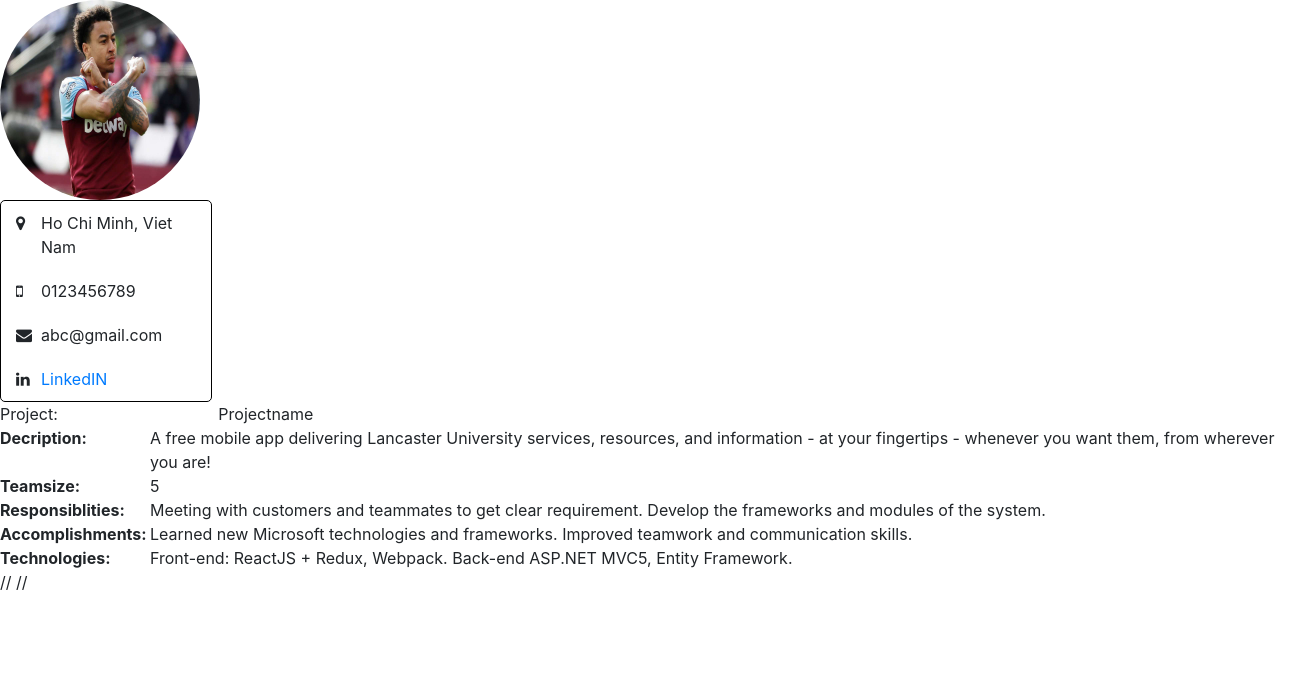
Repository: khoibanh113/mycv
Page: /
The author's editor kept a copy of each file at every save. The page is drawn from the files as they stood at one save, then again after the next save.
The browser window is 1280 px wide. The page is 1295 px wide, then 1280 px, so the pictures cover 1295 px, including what lies to the right of the window. The pictures show the whole page.
The project was rebuilt for these pictures with package versions that can differ from the ones it lists, and the page was loaded fresh each time. Also part of the build but not shown: src/component/study.js.

Above is the page before, as saved 2021-03-31 14:55:27.

### src/App.js
import React,{Component} from 'react'
import Avatar from './component/avatar'
import AvaImg from './image/avatar.jpg'
import Contact from './component/contact'
import Study from './component/study'
import Experience from './component/experience'
class App extends Component {
  render(){
    return (
      <div className="App">
        <Avatar img={AvaImg} />
        <Contact
          name='Nguyen Vo Hoang Khoi'
          location='Ho Chi Minh, Viet Nam'
          phone='0123456789'
          email='abc@gmail.com'
          linkedin='LinkedIN'
        />
        <Experience />


      </div>
    );
  }
}

export default App;

### src/component/avatar.js
import React from 'react'
import '../css/avatar.css'

class avatar extends React.Component {
    constructor(props){
        super(props);
        this.image = props.img;
    }

  render(){
    return (
        <div className="avaContainer">
          <img src={this.image} alt="this is your avatar" />
        </div>
    );
  }
}

export default avatar;

### src/component/contact.js
import  {Component} from 'react'
import '../../node_modules/font-awesome/css/font-awesome.min.css';
import 'bootstrap/dist/css/bootstrap.min.css';
import '../css/contact.css'

class contact extends Component{
    constructor(props){
        super(props);
        this.location = props.location;
        this.phone = props.phone;
        this.email = props.email;
        this.linkedin = props.linkedin;
    }



    render(){
        return(
            <div className="container-contact">

                <div class="row row-contact">
                        <div className="col-1 icon-contact">
                            <li className="fa fa-map-marker"></li>
                        </div>
                        <div className="col detail-contact">
                            <span>{this.location}</span>
                        </div>
                </div>
                <div class="row row-contact">
                    <div className="col-1 icon-contact">
                        <li className="fa fa-mobile" ></li>
                    </div>
                    <div className="col detail-contact">
                        <span>{this.phone}</span>
                    </div>
                </div>
                <div className="row row-contact">
                    <div className="col-1 icon-contact">
                        <li className="fa fa-envelope"></li>
                    </div>
                    <div class="col  detail-contact">
                        <span>{this.email}</span>
                    </div>
                </div>
                <div className="row row-contact">
                    <div className="col-1 icon-contact">
                        <li className="fa fa-linkedin"></li>
                    </div>
                    <div className="col  detail-contact">
                        <a href={this.linkedin} >{this.linkedin}</a>
                    </div>
                </div>

            </div>

        )
    }
}

export default contact;

### src/component/experience.js
import {Component} from 'react'
import 'bootstrap/dist/css/bootstrap.min.css';
import '../css/experience.css'
class experience extends Component{


    render(){
        return(
            //     <div className="container-contact">

            //     <div class="row row-contact">
            //             <div className="col-1 icon-contact">
            //                 <li className="fa fa-map-marker"></li>
            //             </div>
            //             <div className="col detail-contact">
            //                 <span>{this.location}</span>
            //             </div>
            //     </div>
            //     <div class="row row-contact">
            //         <div className="col-1 icon-contact">
            //             <li className="fa fa-mobile" ></li>
            //         </div>
            //         <div className="col detail-contact">
            //             <span>{this.phone}</span>
            //         </div>
            //     </div>
            //     <div className="row row-contact">
            //         <div className="col-1 icon-contact">
            //             <li className="fa fa-envelope"></li>
            //         </div>
            //         <div class="col  detail-contact">
            //             <span>{this.email}</span>
            //         </div>
            //     </div>
            //     <div className="row row-contact">
            //         <div className="col-1 icon-contact">
            //             <li className="fa fa-linkedin"></li>
            //         </div>
            //         <div className="col  detail-contact">
            //             <a href={this.linkedin} >{this.linkedin}</a>
            //         </div>
            //     </div>

            // </div>




            <div >



                <div className="row row-experience">
                    <div className="col-2">Project:</div>
                    <div className="col">Projectname</div>
                    <div className="detail-content">

                    </div>

                </div>
                <div className='container-experience'>
                    <div className="row row-experience">
                        <div className="col-2 col-item"><b>Decription:</b></div>
                        <div className="col detail-content">
                            <span>
                            A free mobile app delivering Lancaster University services, resources, and information - at your fingertips - whenever you want them, from wherever you are!
                            </span>
                        </div>


                    </div>
                    <div className="row row-experience">
                        <b className="col-2 col-item">Teamsize:</b>
                        <span className="col">5</span>
                    </div>
                    <div className="row row-experience">
                        <b className="col-2 col-item">Responsiblities:</b>
                        <span className="col">Meeting with customers and teammates to get clear requirement. Develop the frameworks and modules of the system.</span>
                    </div>
                    <div className="row row-experience">
                        <b className="col-2 col-item">Accomplishments:</b>
                        <span className="col">Learned new Microsoft technologies and frameworks. Improved teamwork and communication skills.</span>
                    </div>
                    <div className="row row-experience">
                        <b className="col-2 col-item">Technologies:</b>
                        <span className="col">Front-end: ReactJS + Redux, Webpack. Back-end ASP.NET MVC5, Entity Framework.</span>
                    </div>
                </div>


            //     {/* <li className='row row-experience'>
            //         <b className="col">Project:</b>
            //         <span className="col">Projectname</span>
            //     </li>
            //     <li className='row row-experience'>
            //         <b className="col">Decription:</b>
            //         <span className="col">
            //         A free mobile app delivering Lancaster University services, resources, and information - at your fingertips - whenever you want them, from wherever you are!
            //         </span>
            //     </li>
            //     <li className='row row-experience'>
            //         <b className="col">Teamsize:</b>
            //         <span className="col">5</span>
            //     </li>
            //     <li className='row row-experience'>
            //         <b className="col">Responsiblities:</b>
            //         <span className="col">Meeting with customers and teammates to get clear requirement. Develop the frameworks and modules of the system.</span>
            //     </li>
            //     <li className='row row-experience'>
            //         <b className="col">Accomplishments:</b>
            //         <span className="col">Learned new Microsoft technologies and frameworks. Improved teamwork and communication skills.</span>
            //     </li>
            //     <li className='row row-experience'>
            //         <b className="col">Technologies:</b>
            //         <span className="col">Front-end: ReactJS + Redux, Webpack. Back-end ASP.NET MVC5, Entity Framework.</span>
            //     </li> */}


            // </div>
        )
    }
}

export default experience;

### src/css/avatar.css

.avaContainer img {
    height: 100%;
    width: 100%;
    border-radius: 100px;
}
.avaContainer{
    height: 200px;
    width: 200px;

}

.nameContainer{
    text-align: center;
}

### src/css/contact.css
.row-contact{
    padding: 10px 0px 10px 30px;
}
.detail-contact{
    width: 200px;
}
.icon-contact{
    padding: 0px 0px;
    max-width: 10px;

}
.container-contact{
    max-width: fit-content;
    /* width: fit-content; */
    border: 1px solid black;
    border-radius: 5px;
}

### src/css/experience.css
/* .container-experience{
    max-width: fit-content;
    border: 1px solid black;
    border-radius: 5px;
}
.row-experience{
    margin: 10px;
} */
.col-item{
    max-width: 150px;
}

Loaded but not shown: public/index.html (common file); src/index.js (common file); src/index.css (common file); src/reportWebVitals.js (common file)

After the next save:
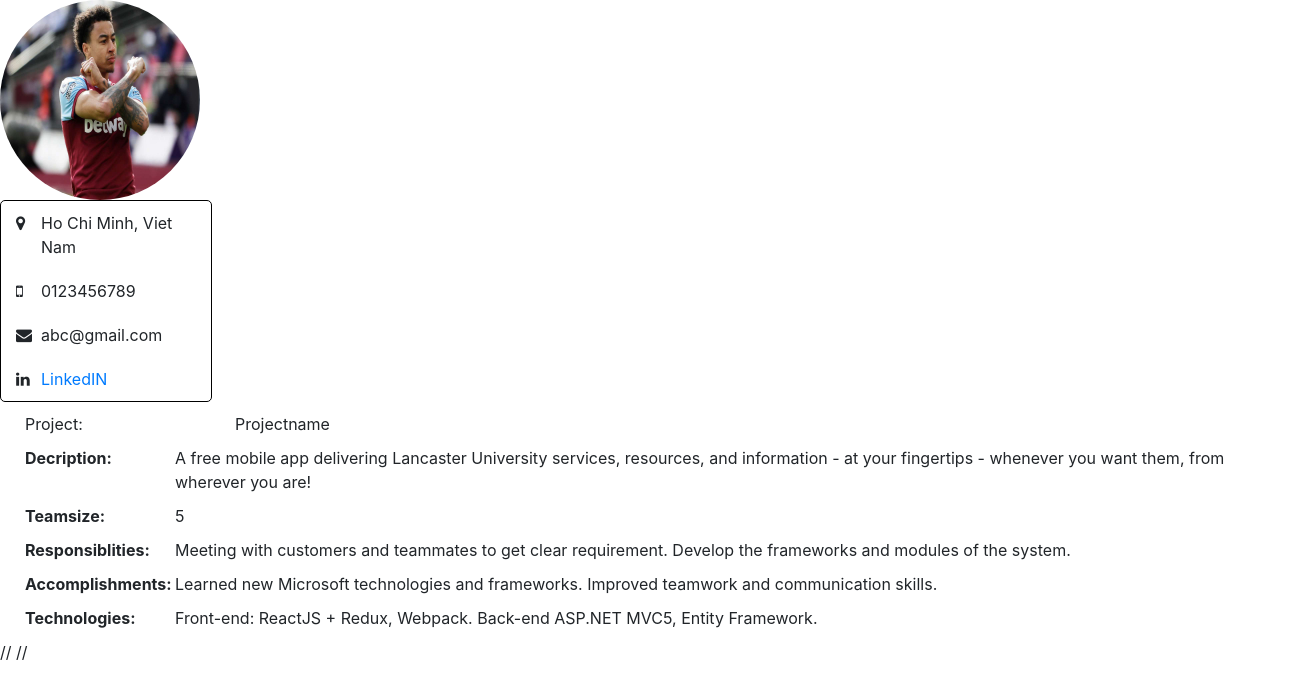
Saved 22 s later.
--- a/src/css/experience.css
+++ b/src/css/experience.css
@@ -1,11 +1,11 @@
-/* .container-experience{
-    max-width: fit-content;
+.container-experience{
+    /* max-width: fit-content;
     border: 1px solid black;
-    border-radius: 5px;
+    border-radius: 5px; */
 }
 .row-experience{
     margin: 10px;
-} */
+}
 .col-item{
     max-width: 150px;
 }
